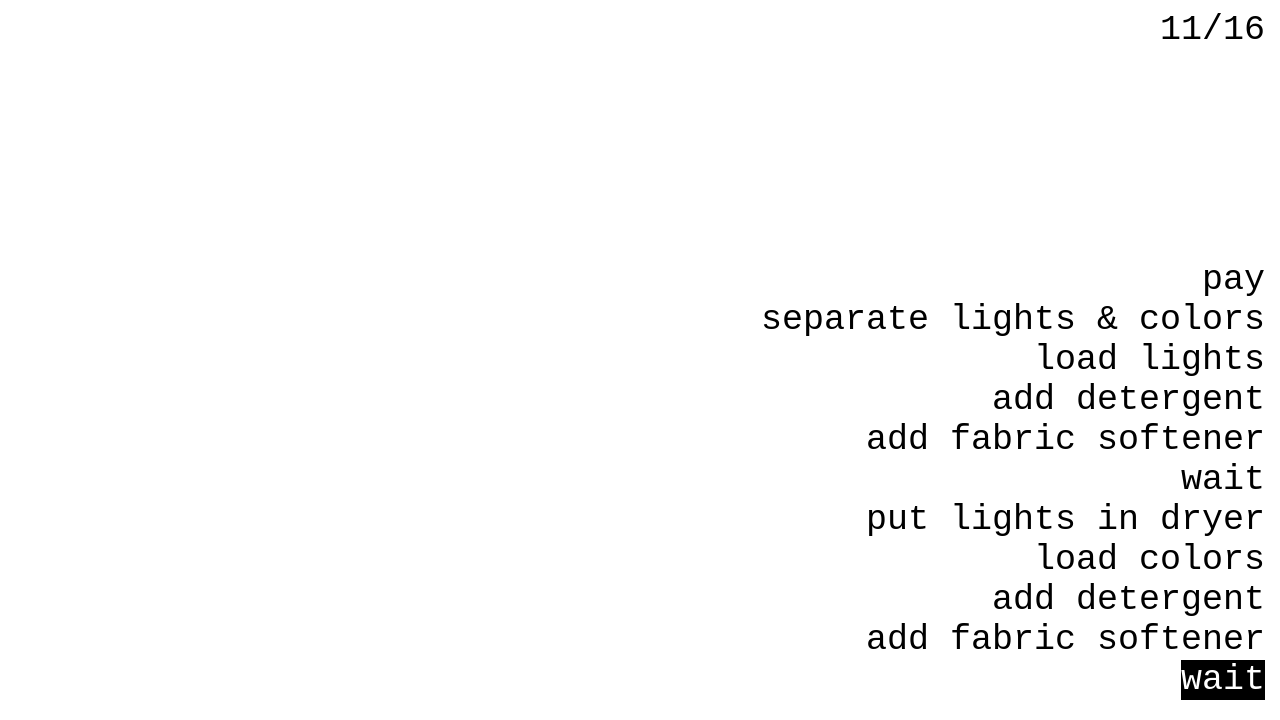
Repository: ortik455/ortik455.github.io
Page: studio/laundrysite/eleven.html
The author's editor kept a record of every edit. The page is drawn from the files as they stood at one moment, then again after the next edit.
The browser window is 1280 px wide. The pictures show the whole page.
Some web libraries are served in a nearby version.

Above is the page before.

### studio/laundrysite/eleven.html
<!DOCTYPE html>
<html>
	<head>
		<link rel="icon" href="../../studio/favicon.png" sizes="16x16 32x32" type="image/png">
		<link href="laundry.css" rel="stylesheet" type="text/css">
		<title>11/16</title>
		<script src="https://ajax.googleapis.com/ajax/libs/jquery/1.11.2/jquery.min.js"></script>
	</head>

	<body>
	  <div class="timer"></div>

	  <div class="photos">
	  	<a href="twelve.html"></a>
	  </div>

	  <div class="text">
		<div class="number">
	  		11/16
	  	</div>
		<div class="steps">
		  	pay<br>
		  	separate lights &amp; colors<br>
		  	load lights<br>
		  	add detergent<br>
		  	add fabric softener<br>
		  	wait<br>
		  	put lights in dryer<br>
		  	load colors<br>
		  	add detergent<br>
		  	add fabric softener<br>
		  	<span class="mark">wait</span>
		</div>
	  </div>
		<script language="javascript" type="text/javascript" src="timer2.js"></script>
	</body>
</html>

### studio/laundrysite/laundry.css
*, *:before, *:after {
    -webkit-box-sizing: border-box;
       -moz-box-sizing: border-box;
            box-sizing: border-box;

}
.timerbox {
    background: #000000;
    float: left;
    width: 50%;
    height: 900px;
}
.timer {
    position: absolute;
    background: #000000;
    color: #ffffff;
    top: 50%;
    left: 275px;
    font-size: 60px;
}
.timer2 {
    position: absolute;
    background: #000000;
    color: #ffffff;
    top: 50%;
    left: 275px;
    font-size: 60px;
}

body{
	background: #FFFFFF;
	font-size: 0px;
	margin: 0;
	font-family: Courier New, sans-serif;
	height: 100%;
}
.start{
    background-color: #000000;
    font-size: 50px;
    letter-spacing: 6px;
    position: absolute;
    bottom: 50%;
    margin-left: 20px;
}
.mark {
    background-color: #000000;
    color: #FFFFFF;
}
.text {
	font-size: 35px;
    width: 50%;
    height: 715px;
    float: left;
}
.photos {
    width: 50%;
    height: 100%;
    float: left;
    overflow: hidden;
}
.number {
   font-size: 35px;
   position: fixed;
   top: 0px;
   right: 0px;
   padding: 10px 15px 20px 5px;
}
.steps {
   font-size: 35px;
   text-align: right;
   position: fixed;
   bottom: 0px;
   right: 0px;
   padding: 10px 15px 20px 5px;

}
a:link {
    text-decoration:none;
    color: #000000;
    }
a:visited {
    color: #000000;
}
.photos:hover img {
    transform: scale(1.1);
}
.photos img {
    transition: transform 2s ease;
}

### studio/laundrysite/timer2.js
var count=10;

setInterval(function(){

  $(".timer2").html(count + ":00");
  if (count == 0) {
    //go to next page
    window.location = 'twelve.html';
  } else {
     count--;
  }

  }, 1000);

After the next edit:
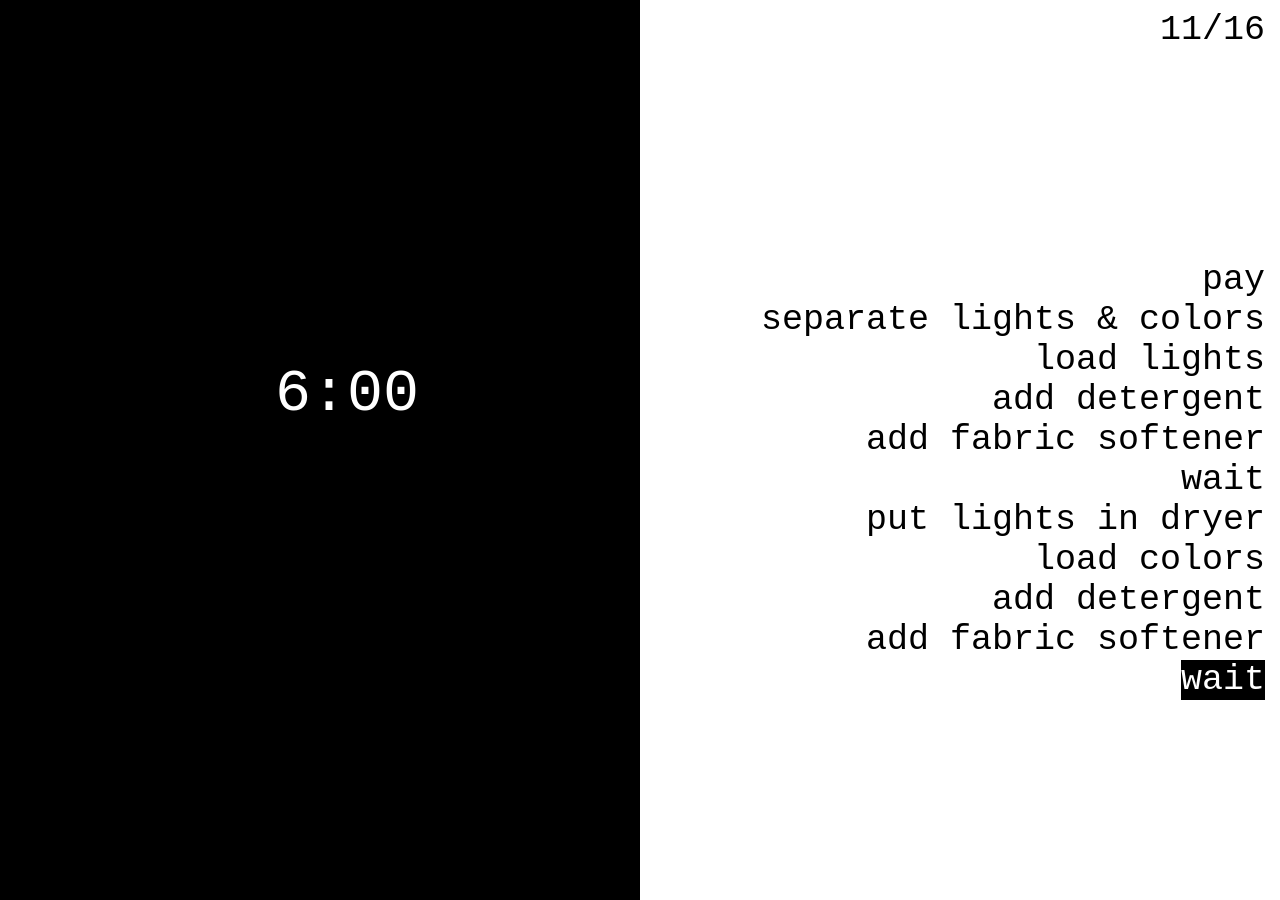
The edit:
--- a/studio/laundrysite/eleven.html
+++ b/studio/laundrysite/eleven.html
@@ -8,11 +8,10 @@
 	</head>
 
 	<body>
-	  <div class="timer"></div>
 
-	  <div class="photos">
-	  	<a href="twelve.html"></a>
-	  </div>
+	  	<div class="timerbox">
+			<div class="timer2"></div>
+		</div>
 
 	  <div class="text">
 		<div class="number">
